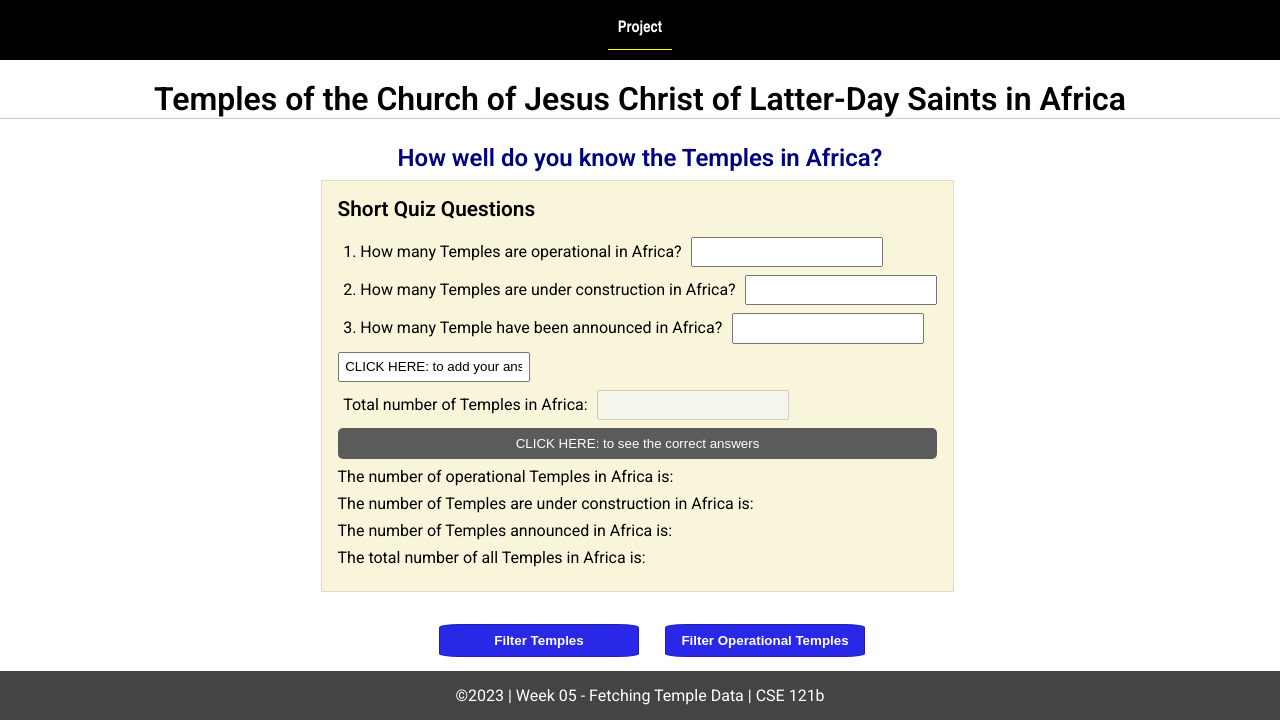
Repository: mszakutumela/cse121b
Page: Project/project.html
These files come from the project's save history. The page is drawn as it stood at one moment and after the next save; the edit follows.
The browser window is 1280 px wide. The pictures show the whole page.
The page's requests for data from a server got no answer.

Above is the page before, as saved 2023-10-27 11:53:34.

### Project/project.html
<!DOCTYPE html>
<html lang="en">

<head>
  <meta charset="UTF-8">
  <meta name="viewport" content="width=device-width, initial-scale=1.0">
  <title>CSE 121b | Project: Programming Tasks</title>
  <link rel="preconnect" href="https://fonts.googleapis.com">
  <link rel="preconnect" href="https://fonts.gstatic.com" crossorigin>
  <link href="https://fonts.googleapis.com/css2?family=Roboto:wght@400;600&display=swap"
    rel="stylesheet">
  <link rel="stylesheet" href="styles/main.css">
</head>

<body>
  <nav>
    <ul id="menu">
      <li><a id="toggleMenu">&equiv;</a></li>
      <!-- <li><a href="index.html">Home</a></li>
      <li><a href="w01-task.html">W1 Task</a></li>
      <li><a href="w03-task.html">W3 Task</a></li>
      <li><a href="w04-task.html">W4 Task</a></li>
      <li><a href="w05-task.html">W5 Task</a></li> -->
      <li><a href="project.html" class="active">Project</a></li>
    </ul>
  </nav>
  <main id="gridly">
    <h1>Temples of the Church of Jesus Christ of Latter-Day Saints in Africa</h1>
    <h2>How well do you know the Temples in Africa?</h2>

    <main id="quiz">
      <section id="section1">
          <article>
            <h3>Short Quiz Questions</h3>
              <div>
                <label for="add1">1. How many Temples are operational in Africa?</label>
                <input type="text" id="add1" name="add1">
              </div>
              <div>
                  <label for="add2">2. How many Temples are under construction in Africa?</label>
                  <input type="text" id="add2" name="add2">
              </div>
              <div>
                <label for="add3">3. How many Temple have been announced in Africa?</label>
                <input type="text" id="add3" name="add3">
              </div>
              <div>
                  <input type="button1" id="addTemples" value="CLICK HERE: to add your answers">
              </div>
              <div>
                  <label for="sum">Total number of Temples in Africa:</label>
                  <input type="text" id="sum" name="sum" disabled>
              </div>

              <div>
                <input type="button" id="addTemples" value="CLICK HERE: to see the correct answers">
              </div>

              <div class="answerOne">The number of operational Temples in Africa is: <span id="ans1"></span></div>

              <div class="answerTwo">The number of Temples are under construction in Africa is: <span id="ans2"></span></div>

              <div class="answerThree">The number of Temples announced in Africa is: <span id="ans3"></span></div>

              <div class="answerFour">The total number of all Temples in Africa is: <span id="ans4"></span></div>

          </article>
      </section>
    </main>

    <main id="filters">
      <select id="sortBy" title="Choose a temple filter.">
        <option value="" disabled selected>Filter Temples</option>
        <option value="operate">Operational</option>
        <option value="construct">Under Construction</option>
        <option value="named">Announced</option>
        <option value="all">All Temples in Africa</option>
      </select>

      <select id="sortBy2" title="Choose an operational temple filter.">
        <option value="" disabled selected>Filter Operational Temples</option>
        <option value="aba">Aba Nigeria</option>
        <option value="accra">Accra Ghanal</option>
        <option value="durban">Durban South Africa</option>
        <option value="johannesburg">Johannesburg South Africa</option>
        <option value="kinshasa">Kinshasa DR-Congo</option>
        <option value="all">All Operational Temples</option>
      </select>
    </main>

    <div id="temples">
    </div>
  </main>


  <footer>
    &copy;<span id="year"></span> | Week 05 - Fetching Temple Data | CSE 121b
  </footer>
  <script src="scripts/main.js"></script>
  <script>
    document.getElementById("year").innerHTML = new Date().getFullYear();
  </script>
  <script src="scripts/project.js"></script>
</body>

</html>

### Project/styles/main.css
/* Universal Selector */
* {
    margin: 0;
    padding: 0;
    box-sizing: border-box;
}

/* HTML Selectors */
body {
    font-family: 'Roboto', Helvetica, sans-serif;
}

nav {
    background-color: black;
    width: 100%;
    position: fixed;
    top: 0;
}

nav ul {
    display: flex;
    flex-direction: column;
    align-items: center;
    max-width: -moz-fit-content;
    max-width: fit-content;
    margin: 0 auto;
}

nav ul li {
    flex: 1 1 auto;
}

nav ul li:first-child {
    display: block;
    font-size: 2rem;
}

nav ul li:first-child a {
    padding: 1px 10px;
}

nav ul li {
    display: none;
    list-style: none;
    margin: 10px;
}

nav ul li a {
    display: block;
    padding: 10px;
    text-decoration: none;
    font-weight: 600;
    color: white;
    text-align: center;
    font-family: 'Arial Narrow', Arial, sans-serif;
}

nav ul li a:hover {
    background-color: #efefef;
    color: black;
}

h1,
h2 {
    text-align: center;
    margin: 1rem 0 .5rem;
}

h1 {
    border-bottom: 1px solid #ccc;
}

#gridly h1 {
    margin-top: 80px;
}

h2 {
    font-size: 1.5rem;
    color: navy;
    text-align: center;
    margin-top: 25px;
}

h3 {
    font-size: 1.3rem;
    margin-bottom: 1rem;
}

header {
    margin-top: 70px;
}

picture {
    margin: 0 auto;
}

picture img {
    width: 240px;
    height: auto;
    border-radius: 5%;
    border: 1px solid #ccc;
    box-shadow: 0 0 30px #777;
}

section {
    display: flex;
    flex-direction: column;
    align-items: center;
    margin: 0 auto 1rem;
    border: 1px solid rgba(0, 0, 0, .1);
    padding: 1rem;
    background-color: #eee;
}

article {
    margin-bottom: rem;
}

article div {
    margin-bottom: .5rem;
    text-align: left;
}

label {
    padding: .35rem;
}

input {
    padding: .35rem;
}

input[type="button"] {
    padding: .5rem;
    background-color: #5c5b5b;
    color: white;
    border: none;
    border-radius: 5px;
    cursor: pointer;
    width: 100%
}


input[type="checkbox"] {
    width: 25px;
    height: 25px;
}

dt {
    font-weight: 700;
}

dt::before {
    content: "🏘️ ";
}

dd {
    margin: 0 0 .5rem 2rem;
    font-size: smaller;
}

footer {
    background-color: #444;
    color: white;
    padding: 15px;
    text-align: center;
    width: 100%;
    position: fixed;
    bottom: 0;
}

/* Class Selectors */
.active {
    border-bottom: 1px solid yellow;
}

.open li {
    display: block;
}

.block {
    display: block;
}

.larger {
    font-size: larger;
    color: red;
}

.right {
    width: 100%;
    text-align: right;
}

.middle {
    display: flex;
    align-items: center;
    justify-content: right;
    gap: 1rem;
}

/* ID Selectors */

#home {
    margin-top: 125px;
    display: grid;
    grid-template-columns: 1fr;
    grid-gap: 20px;
    align-items: center;
    justify-content: center;
}


#section1 {
    background-color: rgba(241, 236, 183, 0.5);
}

#section2 {
    background-color: rgba(200, 200, 250, 0.5);

}

#section2 div {
    margin-bottom: 1rem;
}

#section3 {
    background-color: rgb(250, 225, 250, .5);
}

#sortBy {
    appearance: none;
    /* display: flex; */
    padding: .5rem;
    background-color: rgb(40, 40, 230);
    color: white;
    font-weight: 700;
    margin: 1rem auto;
    width: 200px;
    border: 1px solid rgba(0, 0, 0, .2);
    text-align: center;
    border-radius: 10%;
}

#sortBy option:disabled {
    font-style: italic;
    padding: 1rem;
    background-color: #111;
    color: #eee;
}

#sortBy2 {
    appearance: none;
    /* display: flex; */
    padding: .5rem;
    background-color: rgb(40, 40, 230);
    color: white;
    font-weight: 700;
    margin: 1rem auto;
    width: 200px;
    border: 1px solid rgba(0, 0, 0, .2);
    text-align: center;
    border-radius: 10%;
}

#sortBy2 option:disabled {
    font-style: italic;
    padding: 1rem;
    background-color: #111;
    color: #eee;
}

#temples {
    display: grid;
    grid-template-columns: repeat(auto-fit, minmax(320px, 1fr));
    grid-gap: .5rem;
    align-items: center;
    margin-bottom: 3rem;
}

#temples article {
    height: 250px;
    margin: .5rem;
    border: 1px solid rgba(0, 0, 0, .1);
    padding: 1rem;
    background-color: #eee;
    display: flex;
    flex-direction: column;
    align-items: center;
    justify-content: center;
}

#temples h4 {
    color: navy;
    font-size: smaller;
}


#temples img {
    width: 250px;
    height: auto;
    box-shadow: 0 0 30px #777;
    margin: .5rem;
}

/* Media Queries */
@media only screen and (min-width: 32.5em) {
    nav ul {
        flex-direction: row;
    }

    nav ul li:first-child {
        display: none;
    }

    nav ul li {
        display: block;
    }

    section {
        min-width: 300px;
    }

    #home {
        margin: 100px auto 20px;
        grid-template-columns: 250px 1fr;
        max-width: -moz-fit-content;
        max-width: fit-content;
    }

    #quiz {
        display: grid;
        grid-template-columns: 6fr 0fr;
        grid-gap: 5px;
        margin: 0 auto;
        max-width: 950px;
    }

    #filters {
        display: grid;
        grid-template-columns: 4fr 2fr;
        grid-gap: 2px;
        margin: 0 auto;
        max-width: 450px;
    }

}

### Project/scripts/project.js
/* Project */

// Short Quiz Section

function add(Number1, Number2, Number3) {
    return Number1 + Number2 + Number3;
}

function addTemples() {
    let addNumber1 = Number(document.querySelector('#add1').value);
    let addNumber2 = Number(document.querySelector('#add2').value);
    let addNumber3 = Number(document.querySelector('#add3').value);
    document.querySelector('#sum').value = add(addNumber1, addNumber2, addNumber3);
}
document.querySelector('#addTemples').addEventListener('click', addTemples,);

/* Variables */

function answers() {
    let answerOne = "5";
    let answerTwo = "4";
    let answerThree = "12";
    let answerFour = "21";

    const ans1Element = document.getElementById('ans1');
    const ans2Element = document.getElementById('ans2');
    const ans3Element = document.getElementById('ans3');
    const ans4Element = document.getElementById('ans4');

    ans1Element.innerHTML = `<strong>${answerOne}</strong>`;
    ans2Element.innerHTML = `<strong>${answerTwo}</strong>`;
    ans3Element.innerHTML = `<strong>${answerThree}</strong>`;
    ans4Element.innerHTML = `<strong>${answerFour}</strong>`;
}



// Temples of the Church of Jesus Christ of Latter-Day Saints in Africa

// temple JSON file: https://mszakutumela.github.io/cse121b/temples_in_africa.json

/* Declare and initialize global variables */

const templesElement = document.querySelector("#temples");
let templeList = [];

/* async displayTemples Function */

const displayTemples = (temples) => {
    temples.forEach(temple => {
    let article = document.createElement("article");
    let templeName = document.createElement("h3");
    templeName.textContent = temple.templeName;

    let img = document.createElement("img");
    img.setAttribute("src",temple.imageUrl);
    img.setAttribute("alt", temple.location);

    article.appendChild(templeName);
    article.appendChild(img);

    templesElement.appendChild(article);
    });
};

/* async getTemples Function using fetch()*/

const getTemples = async () => {
    let url = "https://mszakutumela.github.io/cse121b/temples_in_africa.json";
    const response = await fetch(url);
    if (response.ok){
        templeList = await response.json();
        displayTemples(templeList);
    }
}

/* Reset Function */

let reset = () => {
    templesElement.innerHTML = "";
}

/* SortBy Function */

const sortBy = (temples) => {
    reset();
    let filter = document.querySelector("#sortBy").value;
        switch (filter) {

            case "operate":
                displayTemples(temples.filter((temple) => temple.status.includes("use")));
                break;

            case "construct":
                displayTemples(temples.filter((temple) => temple.status.includes("progress")));
                break;

            case "named":
                displayTemples(temples.filter((temple) => temple.status.includes("notbornyet")));
                break;

            case "all":
                displayTemples(temples);
                break;
        }
    }

/* Event Listener */

document.querySelector("#sortBy") .addEventListener("change", () => { sortBy(templeList) });

/* SortBy2 Function */

const sortBy2 = (temples) => {
    reset();
    let filter = document.querySelector("#sortBy2").value;
        switch (filter) {

            case "aba":
                displayTemples(temples.filter((temple) => temple.location.includes("Aba")));
                break;

            case "accra":
                displayTemples(temples.filter((temple) => temple.location.includes("Accra")));
                break;atu

            case "durban":
                displayTemples(temples.filter((temple) => temple.location.includes("Durban")));
                break;

            case "johannesburg":
                displayTemples(temples.filter((temple) => temple.location.includes("Johannesburg")));
                break;

            case "kinshasa":
                displayTemples(temples.filter((temple) => temple.location.includes("Kinshasa")));
                break;

            case "all":
                displayTemples(temples.filter((temple) => temple.status.includes("use")));
                break;
        }
    }

/* Event Listener */

document.querySelector("#sortBy2") .addEventListener("change", () => { sortBy2(templeList) });

getTemples();

Loaded but not shown: Project/scripts/main.js (common file)

After the next save:
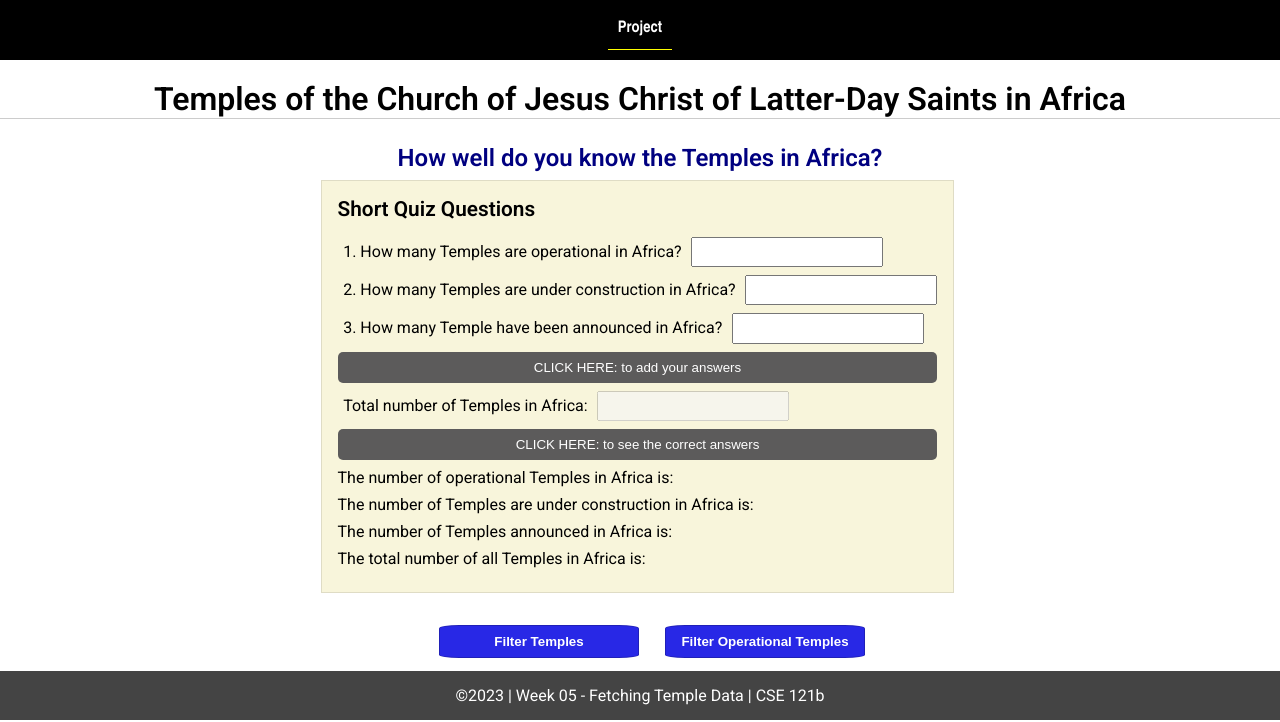
Saved 4 s later.
--- a/Project/project.html
+++ b/Project/project.html
@@ -45,7 +45,7 @@
                 <input type="text" id="add3" name="add3">
               </div>
               <div>
-                  <input type="button1" id="addTemples" value="CLICK HERE: to add your answers">
+                  <input type="button" id="addTemples" value="CLICK HERE: to add your answers">
               </div>
               <div>
                   <label for="sum">Total number of Temples in Africa:</label>
